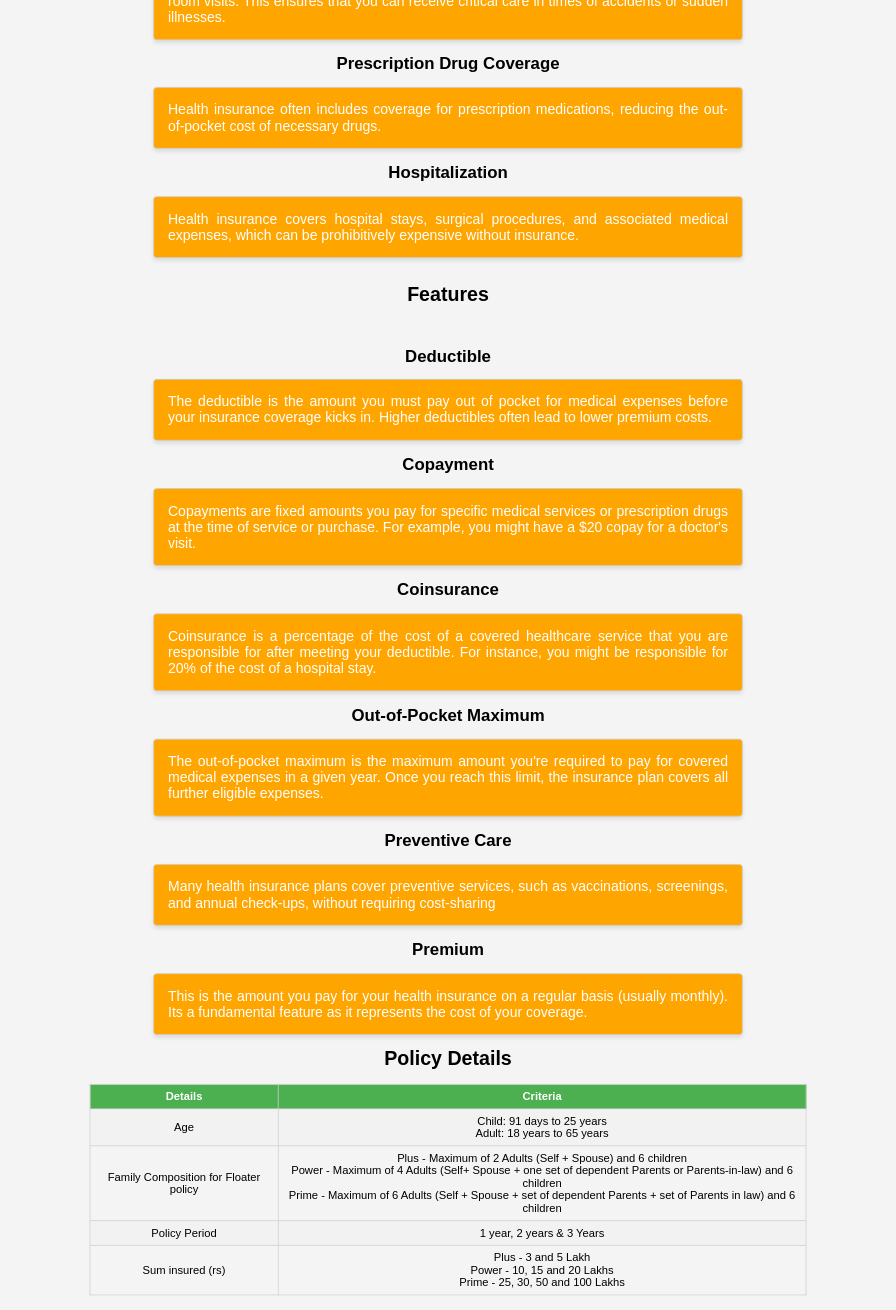
Repository: sowmini-nats/git-spring-project
Page: http://localhost/InsuranceAutomationSystem/HealthCare.jsp
The author's editor kept a copy of each file at every save. The page is drawn from the files as they stood at one save, then again after the next save.
The browser window is 1280 px wide. The pictures show the part of the page from y = 1148 to 3068 px (the page is 3019 px tall before and 3068 px after), at 70% of full size.
The page is served by Tomcat 10. Other server files are loaded and not shown.

Above is the page before, as saved 2023-10-31 03:55:32.

### eclipse-workspace-jspassessment/InsuranceAutomationSystem/src/main/webapp/HealthCare.jsp
<%@ page language="java" contentType="text/html; charset=ISO-8859-1"
    pageEncoding="ISO-8859-1"%>
<!DOCTYPE html>
<html>
<head>
<meta charset="ISO-8859-1">
<title>Health</title>
<style>
    body {
        font-family: arial;
        background-color: #f4f4f4;
        margin: 0;
        padding: 0;
    }

    .container {
        max-width: 800px;
        margin: 0 auto;
        background-color:orange;
        border: 1px solid #ccc;
        border-radius: 5px;
        box-shadow: 0 4px 6px rgba(0, 0, 0, 0.1);
        padding: 20px;
        font-size: 20px;
        text-align:justify;
        color:white;
    }
    .benefit {
        max-width: 800px;
        margin: 0 auto;
        background-color: orange;
        border: 1px solid #ccc;
        border-radius: 5px;
        box-shadow: 0 4px 6px rgba(0, 0, 0, 0.1);
        padding: 20px;
        font-size: 20px;
        text-align:justify;
        color:white;
    }
    .feature {
        max-width: 800px;
        margin: 0 auto;
        background-color: orange;
        border: 1px solid #ccc;
        border-radius: 5px;
        box-shadow: 0 4px 6px rgba(0, 0, 0, 0.1);
        padding: 20px;
        font-size: 20px;
        text-align:justify;
        color:white;
    }

    h1 {
        font-size: 28px;
        color:black;
        text-align: center;
    }

    .content {
        font-size: 20px;
        line-height: 1.6;
        color:white;
    }

   .astyle {
        display: inline-block;
        margin: 10px;
        padding: 10px 20px;
        background-color: #007bff;
        color: #fff;
        text-decoration: none;
        border: none;
        border-radius: 5px;
        font-weight: bold;
        text-align: center;
    }

    a:hover {
        background-color: #0056b3;
    }
    table {
    border-collapse: collapse;
    width: 80%;
    margin: 20px auto;ss
    box-shadow: 0 4px 8px rgba(0, 0, 0, 0.1);
    border: 1px solid #ccc;
}

th, td {
    border: 1px solid #ccc;
    padding: 8px;
    text-align: center;
    transition: background-color 0.3s;
}

tr:nth-child(even) {
    background-color: #f2f2f2;
}

th {
    background-color: #4CAF50;
    color: white;
}

th:hover, td:hover {
    background-color: #f9f9f9;
}

tbody tr:hover {
    background-color: #e0e0e0;
    transition: background-color 0.3s;

}
</style>
</head>
<body>
<jsp:include page="navbar.jsp"/>
<center>
<div>
    <h1>Health Insurance</h1>
    </div>
    <div class="container">
    <p class="content">Health insurance is vital because it protects your financial well-being and ensures that you can access necessary healthcare when needed. It can provide peace of mind, especially in the event of unexpected illnesses or accidents.

In summary, health insurance is a financial tool that helps individuals and families manage the costs of medical care. It is available in various forms, and the specifics of coverage, costs, and providers can vary widely. It's essential to carefully review and understand your health insurance policy to make the most of your coverage.</p>

</div>
<br>
<h1>Benefits</h1>

<h2 >Financial Protection</h2>
<div class="benefit">Health insurance helps protect you from the high costs of medical care. It covers a significant portion of medical expenses, reducing the financial burden on you and your family.</div>
<h2>Access to Healthcare </h2>
<div class="benefit">Health insurance ensures that you have access to essential healthcare services. You can see doctors, specialists, and receive necessary treatments without the fear of unaffordable medical bills.</div>
<h2>Preventive Care</h2>
<div class="benefit">Many health insurance plans cover preventive services like vaccinations, screenings, and check-ups at no additional cost. This promotes early detection of health issues and overall well-being.</div>
<h2>Emergency Care</h2>
<div class="benefit">Health insurance covers emergency services, including ambulance rides and emergency room visits. This ensures that you can receive critical care in times of accidents or sudden illnesses.</div>
<h2>Prescription Drug Coverage</h2>
<div class="benefit">Health insurance often includes coverage for prescription medications, reducing the out-of-pocket cost of necessary drugs.</div>
<h2>Hospitalization</h2>
<div class="benefit">Health insurance covers hospital stays, surgical procedures, and associated medical expenses, which can be prohibitively expensive without insurance.</div>

<br>

<h1>Features</h1><br>
<h2>Deductible</h2><div class="feature">The deductible is the amount you must pay out of pocket for medical expenses before your insurance coverage kicks in. Higher deductibles often lead to lower premium costs.</div>
<h2>Copayment</h2><div class="feature">Copayments are fixed amounts you pay for specific medical services or prescription drugs at the time of service or purchase. For example, you might have a $20 copay for a doctor's visit.</div>
<h2>Coinsurance</h2> <div class="feature"> Coinsurance is a percentage of the cost of a covered healthcare service that you are responsible for after meeting your deductible. For instance, you might be responsible for 20% of the cost of a hospital stay.</div>
<h2>Out-of-Pocket Maximum </h2> <div class="feature"></h2>The out-of-pocket maximum is the maximum amount you're required to pay for covered medical expenses in a given year. Once you reach this limit, the insurance plan covers all further eligible expenses.</div>
<h2>Preventive Care</h2> <div class="feature"> Many health insurance plans cover preventive services, such as vaccinations, screenings, and annual check-ups, without requiring cost-sharing</div>
<h2>Premium</h2><div class="feature">This is the amount you pay for your health insurance on a regular basis (usually monthly). Its a fundamental feature as it represents the cost of your coverage.</div>
</center>

<body>
    <center>
        <h1>Policy Details</h1>
        <table>
            <tr>
                <th>Details</th>
                <th>Criteria</th>
            </tr>
            <tr>
                <td>Age</td>
                <td>
                    Child: 91 days to 25 years<br>
                    Adult: 18 years to 65 years
                </td>
            </tr>
            <tr>
                <td>Family Composition for Floater policy</td>
                <td>
                    Plus - Maximum of 2 Adults (Self + Spouse) and 6 children<br>
                    Power - Maximum of 4 Adults (Self+ Spouse + one set of dependent Parents or Parents-in-law) and 6 children<br>
                    Prime - Maximum of 6 Adults (Self + Spouse + set of dependent Parents + set of Parents in law) and 6 children
                </td>
            </tr>
            <tr>
                <td>Policy Period</td>
                <td>1 year, 2 years & 3 Years</td>
            </tr>
            <tr>
                <td>Sum insured (rs)</td>
                <td>
                    Plus - 3 and 5 Lakh<br>
                    Power - 10, 15 and 20 Lakhs<br>
                    Prime - 25, 30, 50 and 100 Lakhs
                </td>
            </tr>
</table>
</body>
</head>
</html>

### eclipse-workspace-jspassessment/InsuranceAutomationSystem/src/main/webapp/navbar.jsp
<%@ page language="java" contentType="text/html; charset=UTF-8" pageEncoding="UTF-8"%>
<!DOCTYPE html>
<html>
<head>
    <meta charset="UTF-8">
    <title>Navigation Bar</title>

</head>
<body>
<% if (session.getAttribute("role") != null) {
    if (session.getAttribute("role").toString().equals("Agent")) {
%>
<ul>
  	<li><a href="/home">Home</a></li>
    <li><a href="/customer/customer-agent-list">Customers</a></li>
    <li><a href="/policy/policy-details">Policies</a></li>
    <li><a href="/premium-calculator">Premium Calculator</a></li>
    <li><a href="/logout">Logout</a></li>
</ul>
<% } else if (session.getAttribute("role").toString().equals("Manager")){ %>
<ul>
  	<li><a href="/home">Home</a></li>
    <li><a href="/manager-customer-detail">Customers & Policies</a></li>
    <li><a href="/agent-detail-all">Agents</a></li>
    <li><a href="/premium-calculator">Premium Calculator</a></li>
    <li><a href="/logout">Logout</a></li>
</ul>
<% } else if (session.getAttribute("role").toString().equals("Customer")){ %>
<ul>
  	<li><a href="/home">Home</a></li>
    <li><a href="/customer/profile">Profile</a></li>
    <li><a href="/customer/policy">View Policy</a></li>
    <li><a href="/premium-calculator">Premium Calculator</a></li>
    <li><a href="/logout">Logout</a></li>
</ul>
<% } else if (session.getAttribute("role").toString().equals("Admin")){ %>
<ul>
  	<li><a href="/home">Home</a></li>
    <li><a href="/admin/customer-list">Customers</a></li>
    <li><a href="/admin/agent-list">Agents</a></li>
    <li><a href="/admin/policy-list">Policies</a></li>
    <li><a href="/logout">Logout</a></li>
</ul>
<% } } else { %>
<ul>
    <li><a href="/login">Login</a></li>
    <li><a href="/home">Home</a></li>
    <li><a href="/premium-calculator">Premium Calculator</a></li>
</ul>
<% } %>

<style>
ul {
  list-style-type: none;
  margin: 0;
  padding: 0;
  overflow: hidden;
  background-color: #333;
}

li {
  float: left;
}

li a {
  display: block;
  color: white;
  text-align: center;
  padding: 14px 16px;
  text-decoration: none;
}

li a:hover:not(.active) {
  background-color: #111;
}

.active {
  background-color: #04AA6D;
}
</style>

</body>

</html>

After the next save:
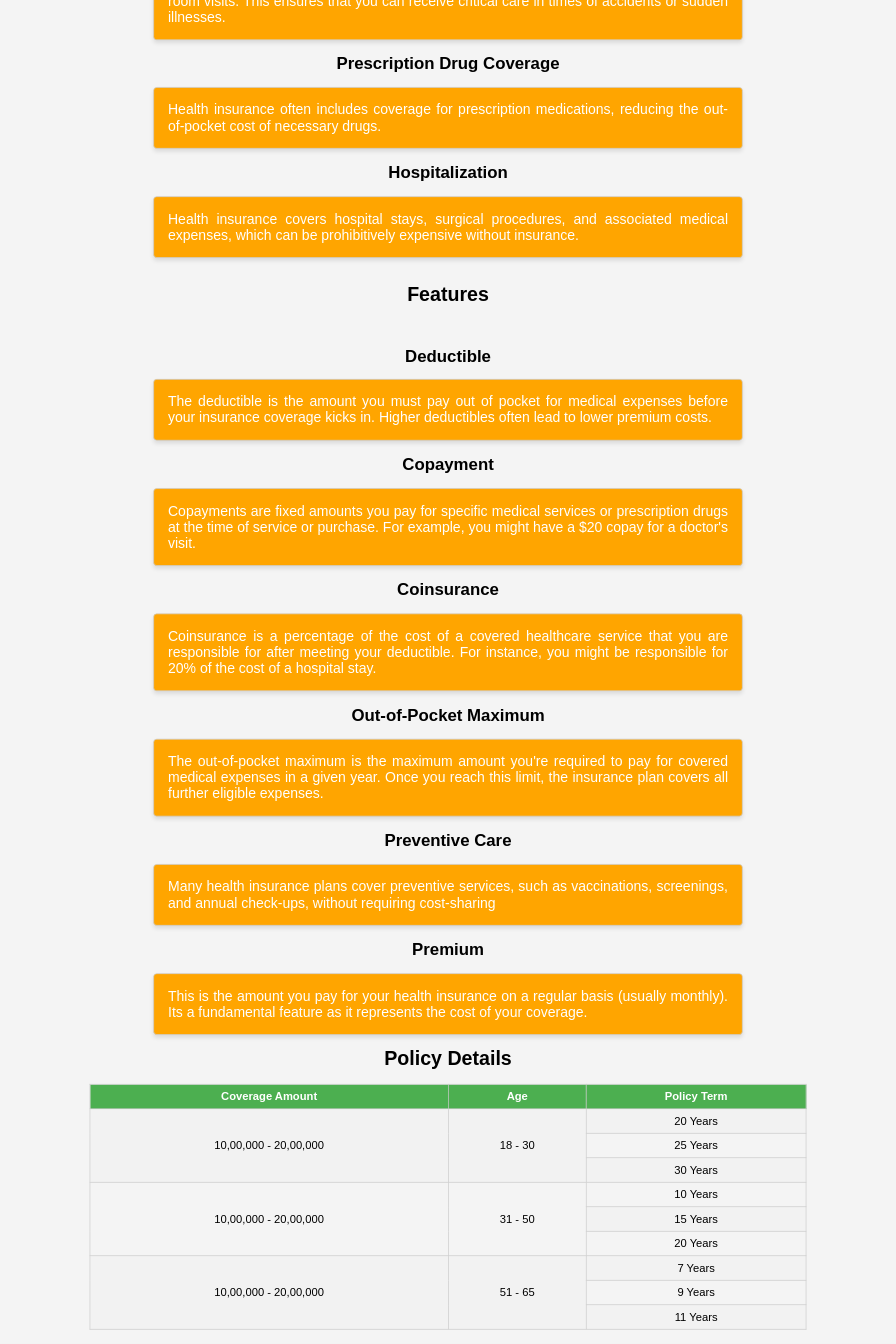
Saved 3 min 14 s later.
--- a/eclipse-workspace-jspassessment/InsuranceAutomationSystem/src/main/webapp/HealthCare.jsp
+++ b/eclipse-workspace-jspassessment/InsuranceAutomationSystem/src/main/webapp/HealthCare.jsp
@@ -156,37 +156,33 @@ In summary, health insurance is a financial tool that helps individuals and fami
     <center>
         <h1>Policy Details</h1>
         <table>
-            <tr>
-                <th>Details</th>
-                <th>Criteria</th>
-            </tr>
-            <tr>
-                <td>Age</td>
-                <td>
-                    Child: 91 days to 25 years<br>
-                    Adult: 18 years to 65 years
-                </td>
-            </tr>
-            <tr>
-                <td>Family Composition for Floater policy</td>
-                <td>
-                    Plus - Maximum of 2 Adults (Self + Spouse) and 6 children<br>
-                    Power - Maximum of 4 Adults (Self+ Spouse + one set of dependent Parents or Parents-in-law) and 6 children<br>
-                    Prime - Maximum of 6 Adults (Self + Spouse + set of dependent Parents + set of Parents in law) and 6 children
-                </td>
-            </tr>
-            <tr>
-                <td>Policy Period</td>
-                <td>1 year, 2 years & 3 Years</td>
-            </tr>
-            <tr>
-                <td>Sum insured (rs)</td>
-                <td>
-                    Plus - 3 and 5 Lakh<br>
-                    Power - 10, 15 and 20 Lakhs<br>
-                    Prime - 25, 30, 50 and 100 Lakhs
-                </td>
-            </tr>
+    <tr>
+    <th>Coverage Amount</th>
+    <th>Age</th>
+    <th>Policy Term</th>
+    </tr>
+    <tr>
+    <td rowspan="3">10,00,000 - 20,00,000</td>
+    <td rowspan="3">18 - 30</td>
+    <td>20 Years</td>
+    </tr>
+    <tr><td>25 Years</td></tr>
+    <tr><td>30 Years</td></tr>
+    <tr>
+    <td rowspan="3">10,00,000 - 20,00,000</td>
+    <td rowspan="3">31 - 50</td>
+    <td>10 Years</td>
+    </tr>
+    <tr><td>15 Years</td></tr>
+    <tr><td>20 Years</td></tr>
+    <tr>
+    <td rowspan="3">10,00,000 - 20,00,000</td>
+    <td rowspan="3">51 - 65</td>
+    <td>7 Years</td>
+    </tr>
+    <tr><td>9 Years</tdss></tr>
+    <tr><td>11 Years</td></tr>
+
 </table>
 </body>
 </head>
